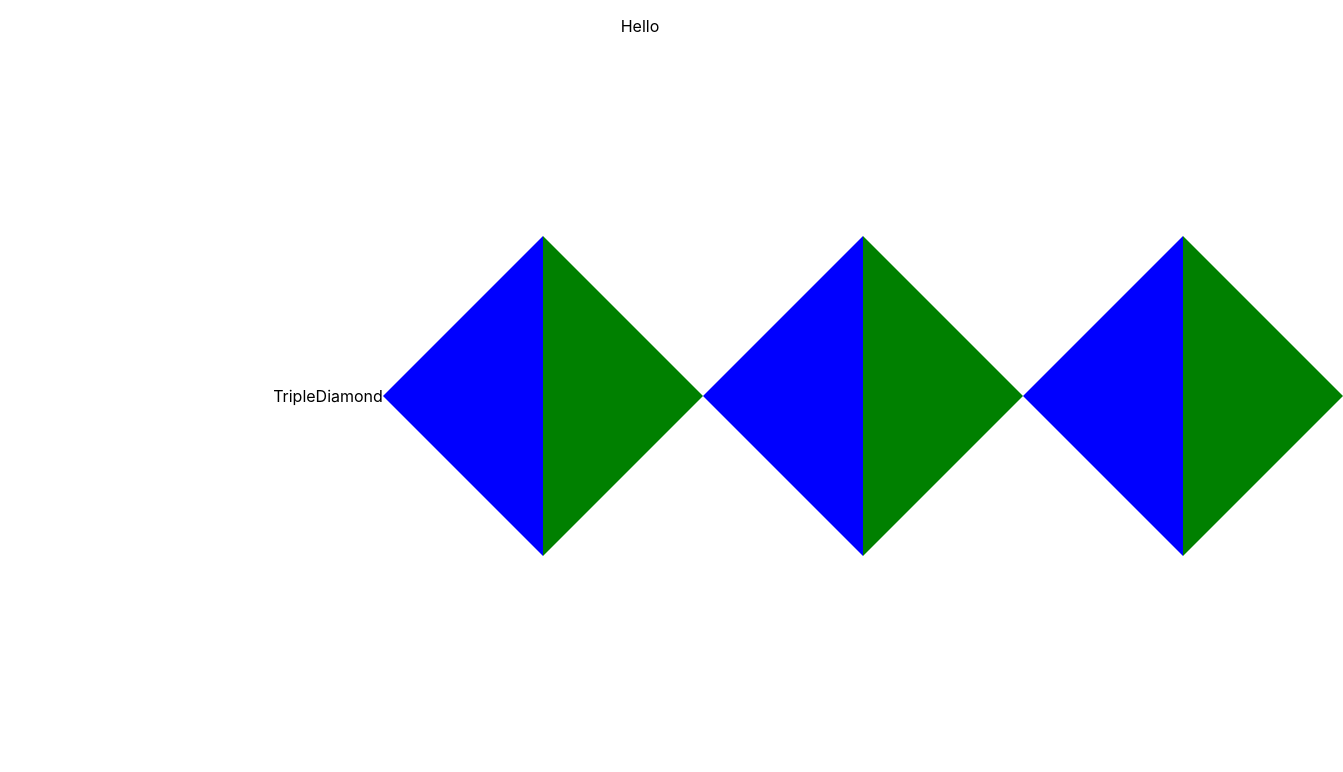
Repository: YingCG/interaction-design
Page: /
The author's editor kept a copy of each file at every save. The page is drawn from the files as they stood at one save, then again after the next save.
The browser window is 1280 px wide. The page is 1343 px wide, then 1280 px, then 1343 px, so the pictures cover 1343 px, including what lies to the right of the window. The pictures show the whole page.
The project was rebuilt for these pictures with package versions that can differ from the ones it lists, and the page was loaded fresh each time.

Above is the page before, as saved 2023-09-07 10:23:16.

After the next save:
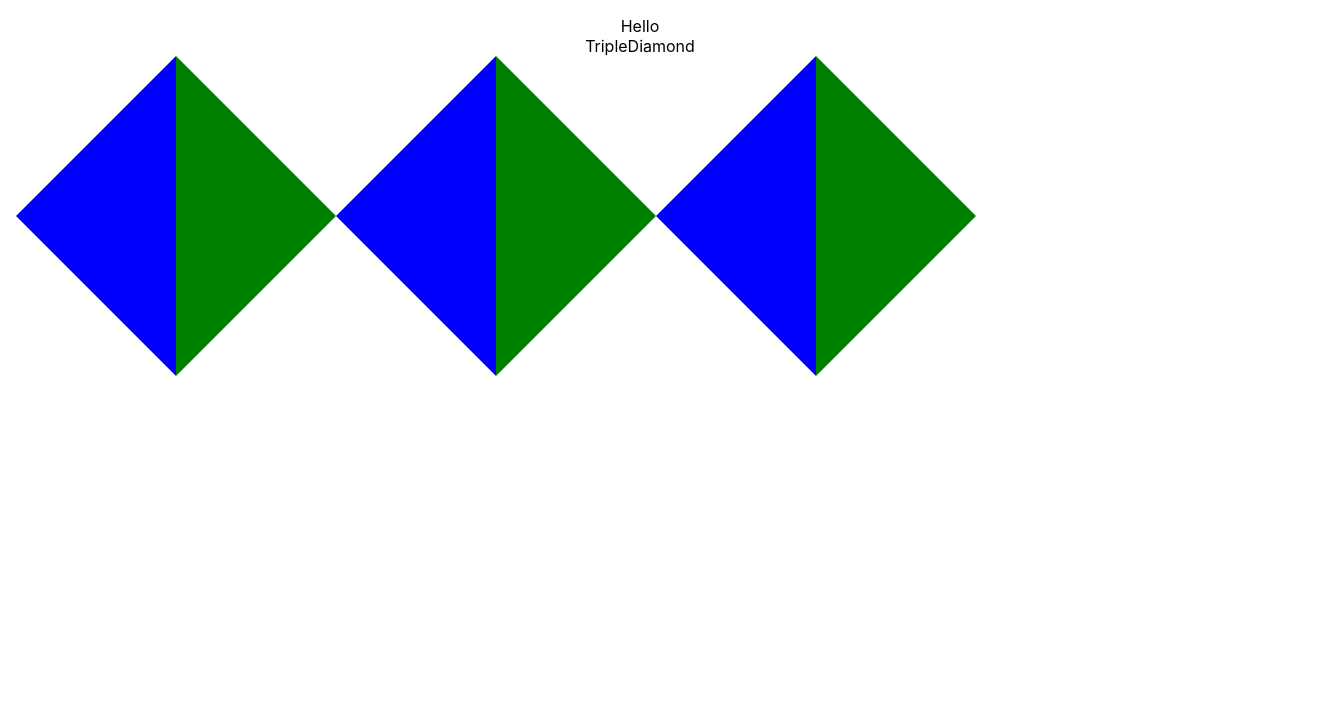
Saved 26 s later.
--- a/src/TripleDiamond.jsx
+++ b/src/TripleDiamond.jsx
@@ -2,7 +2,7 @@
 
 function TripleDiamond() {
   return (
-    <div className="container">
+    <div>
       <div className="text-content">TripleDiamond</div>
       <div className="triple-diamond">
         <div className="arrow-left"></div>

After the save that followed:
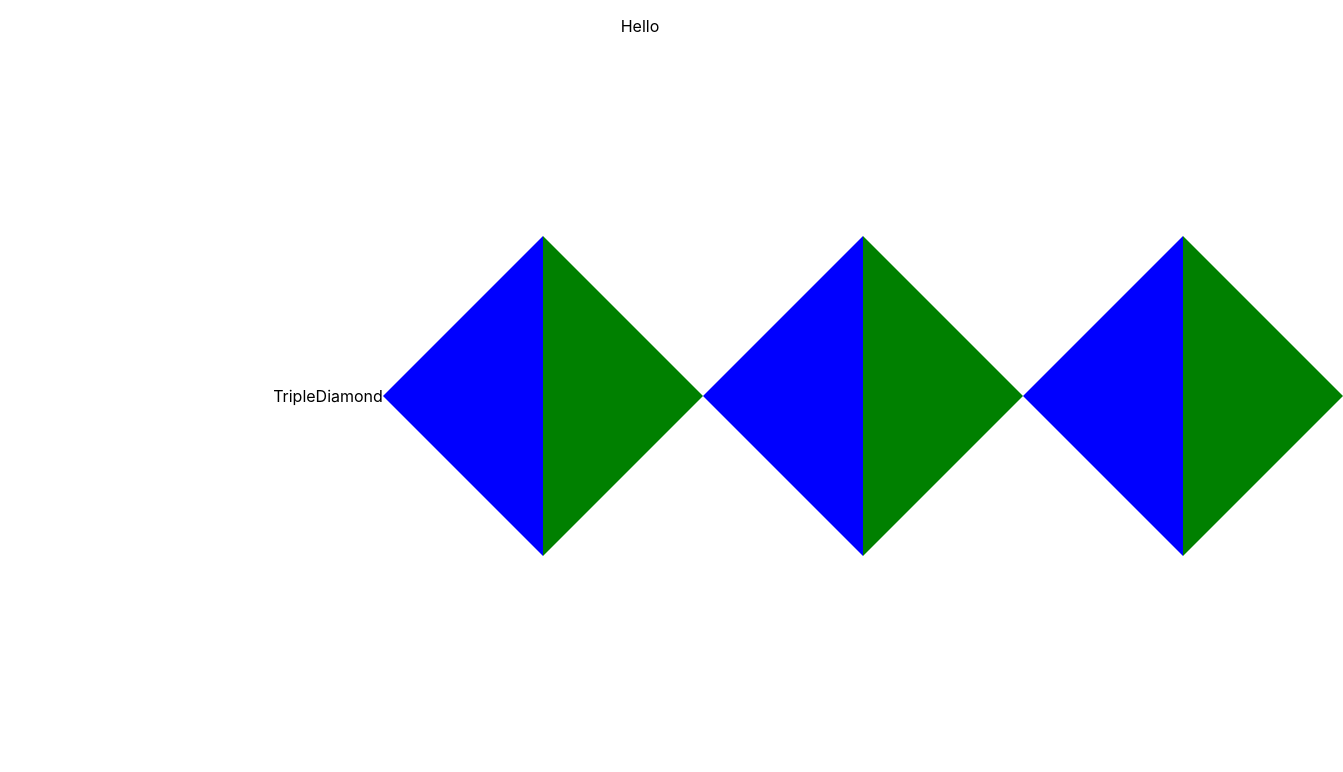
Saved 4 s later.
--- a/src/TripleDiamond.jsx
+++ b/src/TripleDiamond.jsx
@@ -2,7 +2,7 @@
 
 function TripleDiamond() {
   return (
-    <div>
+    <div className="container">
       <div className="text-content">TripleDiamond</div>
       <div className="triple-diamond">
         <div className="arrow-left"></div>
